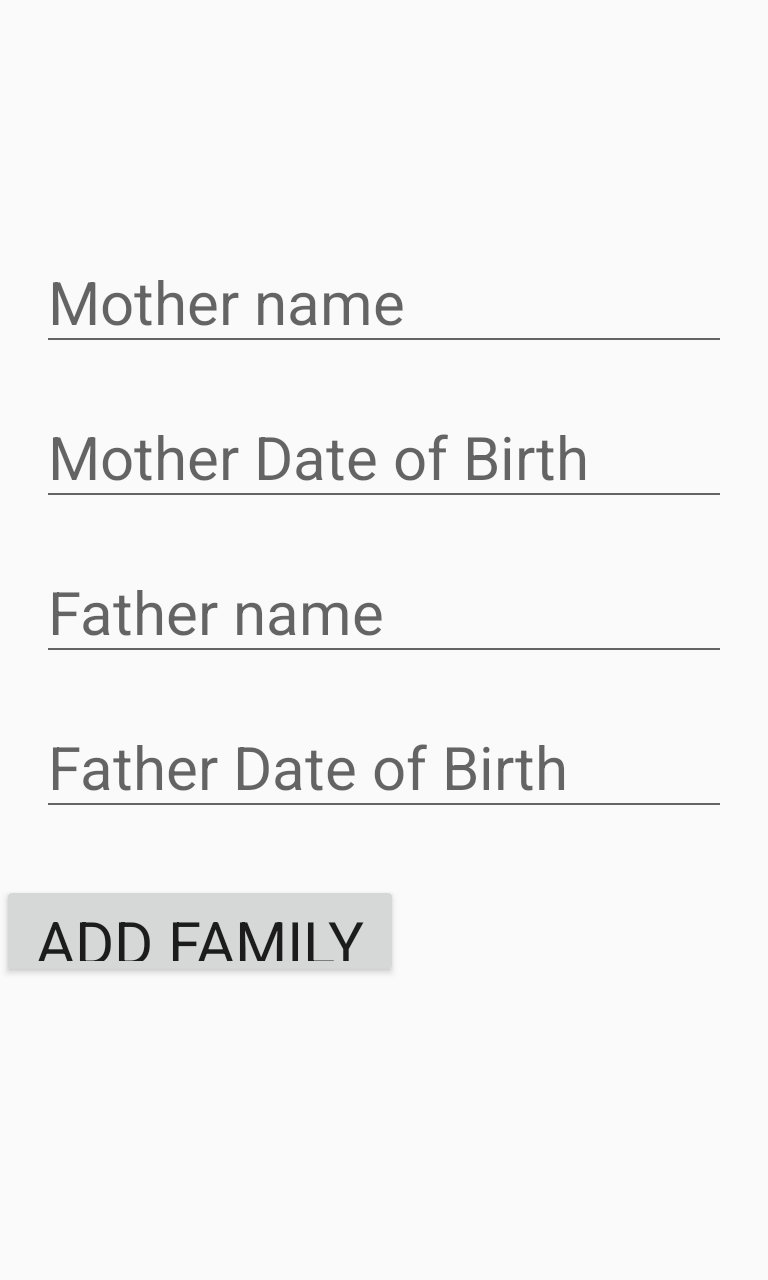
Repository: achavez812/GuatemalaProject2
Layout: GuateMedic-master/GuateMedic/res/layout/fragment_add_new_family.xml
The author's editor kept a copy of each file at every save. The layout is drawn from the files as they stood at one save, then again after the next save.
It is drawn on a 768 x 1280 px phone screen (xhdpi) without system bars, with theme AppTheme; the app's code is not run.

Above is the layout before, as saved 2014-07-02 04:35:19.

### GuateMedic-master/GuateMedic/res/layout/fragment_add_new_family.xml
<?xml version="1.0" encoding="utf-8"?>
<LinearLayout xmlns:android="http://schemas.android.com/apk/res/android"
    android:layout_width="match_parent"
    android:layout_height="match_parent"
    android:gravity="horizontal_center"
    android:orientation="vertical" >

    <TextView
        android:id="@+id/add_new_family_textview"
        android:textSize="30sp"
        android:layout_marginBottom="60dp"
        android:layout_marginTop="20dp"
        android:gravity="center"
        android:layout_width="wrap_content"
        android:layout_height="wrap_content" />

    <EditText
        android:id="@+id/add_new_family_parent1_name"
        android:textSize="30sp"
        android:layout_width="match_parent"
        android:layout_height="wrap_content"
        android:layout_marginLeft="20dp"
        android:layout_marginRight="20dp"
        android:hint="Mother name"
        />

    <EditText
        android:id="@+id/add_new_family_parent1_dob"
        android:textSize="30sp"
        android:layout_width="match_parent"
        android:layout_height="wrap_content"
        android:layout_marginTop="20dp"
        android:layout_marginLeft="20dp"
        android:layout_marginRight="20dp"
        android:hint="Mother Date of Birth"
        />

    <EditText
        android:id="@+id/add_new_family_parent2_name"
        android:textSize="30sp"
        android:layout_width="match_parent"
        android:layout_height="wrap_content"
        android:layout_marginTop="20dp"
        android:layout_marginLeft="20dp"
        android:layout_marginRight="20dp"
        android:hint="Father name"
        />

    <EditText
        android:id="@+id/add_new_family_parent2_dob"
        android:textSize="30sp"
        android:layout_width="match_parent"
        android:layout_height="wrap_content"
        android:layout_marginTop="20dp"
        android:layout_marginLeft="20dp"
        android:layout_marginRight="20dp"
        android:hint="Father Date of Birth"
        />

    <Button
        android:id="@+id/add_new_family_button"
        android:textSize="30sp"
        android:layout_width="200dp"
        android:layout_height="50dp"
        android:layout_marginTop="30dp"

        android:text="Add Family"
        />

</LinearLayout>

### GuateMedic-master/GuateMedic/res/values/styles.xml
<resources xmlns:android="http://schemas.android.com/apk/res/android">

    <!--
        Base application theme, dependent on API level. This theme is replaced
        by AppBaseTheme from res/values-vXX/styles.xml on newer devices.
    -->

    <!-- Application theme. -->
    <style name="AppTheme" parent="@style/Theme.AppCompat.Light.DarkActionBar">
        <!-- All customizations that are NOT specific to a particular API-level can go here. -->
    	<item name="android:typeface">sans</item>
        <item name="actionBarStyle">@style/MyActionBar</item>
    	<item name="android:actionBarStyle">@style/MyActionBar</item>
    	<item name="android:actionOverflowButtonStyle">@style/OverFlow</item>
    	<item name="android:popupMenuStyle">@style/MyPopupMenu</item>
    	<item name="popupMenuStyle">@style/MyPopupMenu</item>
        <item name="android:panelBackground">#004d6b</item>
         <item name="android:itemTextAppearance">@style/myCustomMenuTextApearance</item>

    </style>
       <style name="myCustomMenuTextApearance" parent="@android:style/TextAppearance.Widget.IconMenu.Item">
        <item name="android:textColor">#FFFFFF</item>
        <item name="android:textSize">20sp</item>

    </style>
    <style name="MyActionBar" parent="@style/Widget.AppCompat.Light.ActionBar.Solid.Inverse">
        <item name="android:background">#004d6b</item>
        <item name="android:titleTextStyle">@style/TitleText</item>



    </style>

    <style name ="MyPopupMenu" parent="android:Theme.Holo.Light">
        <item name="android:popupBackground">#004d6b</item>
    </style>

    <style name="OverFlow" parent="@android:style/Widget.Holo.ActionButton.Overflow">
    	<item name="android:src">@drawable/ic_action_overflow</item>
	</style>
    <style name="TitleText">
        <item name="android:textColor">#FFFFFF</item>
        <item name="android:typeface">sans</item>
        <item name="android:textSize">30sp</item>

    </style>
	<!--
	<style name="HomePage" parent="AppTheme">
	<item name="android:background"> @drawable/guatemala_home_bg </item>
	</style>
	    -->





</resources>

After the next save:
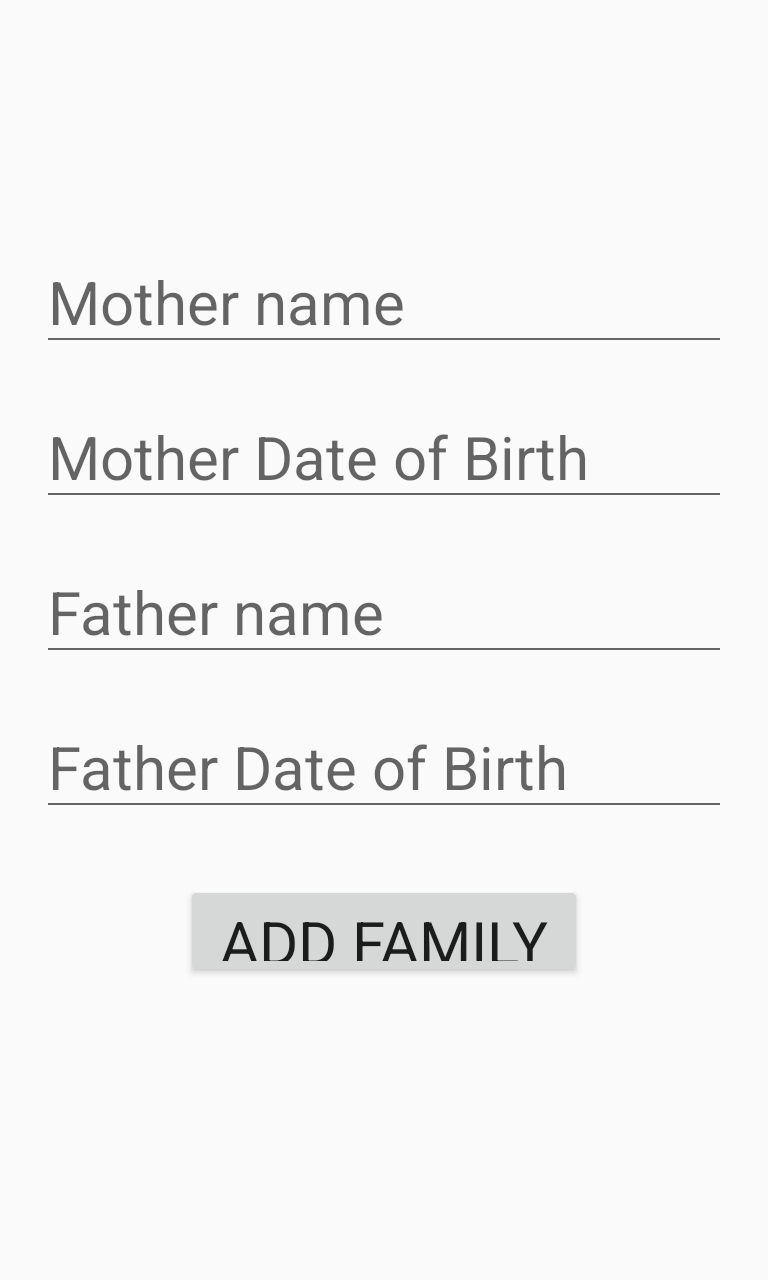
Saved 6 s later.
--- a/GuateMedic-master/GuateMedic/res/layout/fragment_add_new_family.xml
+++ b/GuateMedic-master/GuateMedic/res/layout/fragment_add_new_family.xml
@@ -2,7 +2,7 @@
 <LinearLayout xmlns:android="http://schemas.android.com/apk/res/android"
     android:layout_width="match_parent"
     android:layout_height="match_parent"
-    android:gravity="horizontal_center"
+    android:gravity="center_horizontal"
     android:orientation="vertical" >
 
     <TextView
